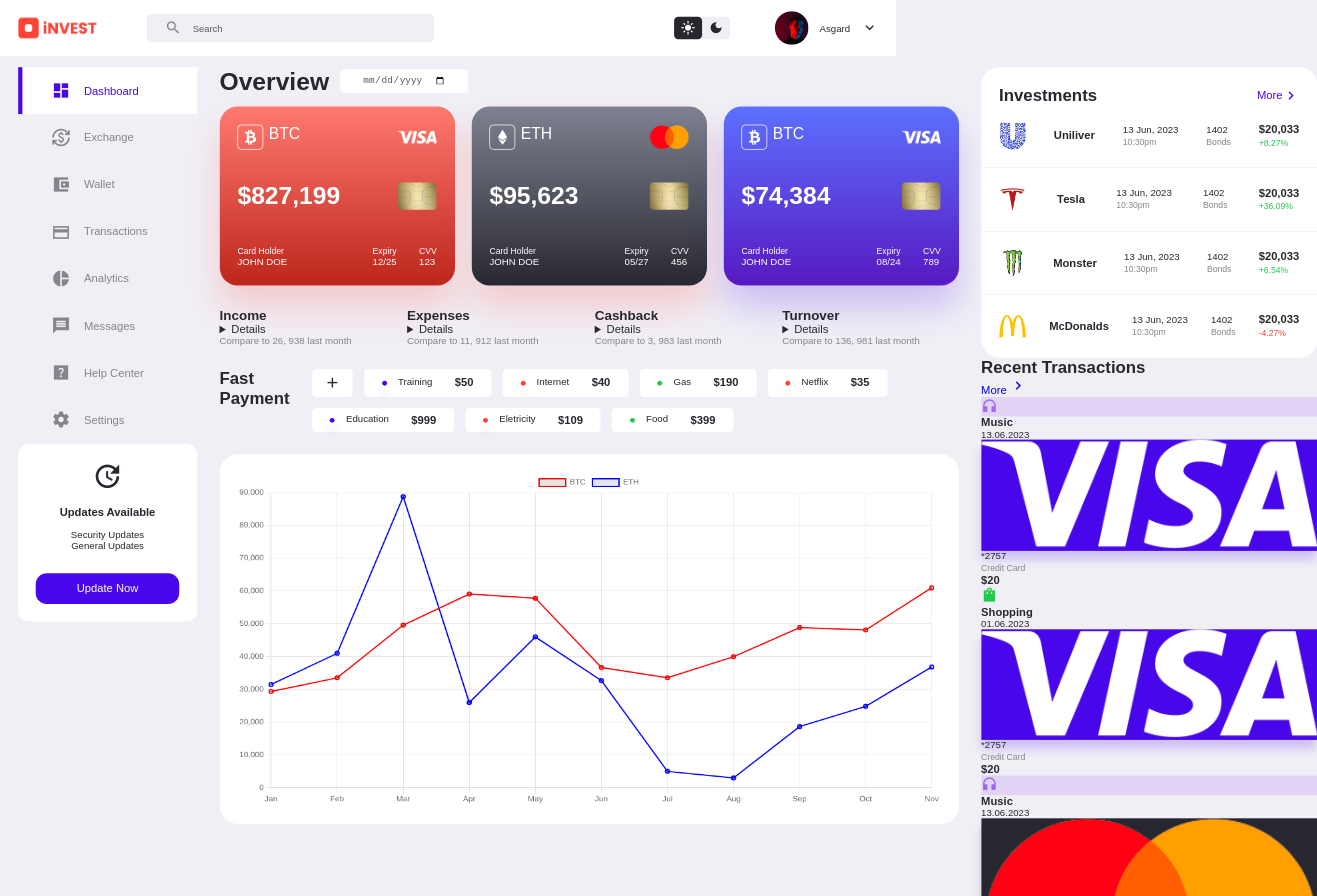
Repository: eziocdl/Admin_Dash
Page: index.html
These files come from the project's save history. The page is drawn as it stood at one moment and after the next save; the edit follows.
The browser window is 1280 px wide. The page is 1882 px wide, so the pictures cover 1882 px, including what lies to the right of the window. The pictures show the part of the page from y = 0 to 1280 px (the page is 2393 px tall), at 70% of full size.
Some web libraries are served in a nearby version.

Above is the page before, as saved 2023-06-15 13:34:38.

### index.html
<!DOCTYPE html>
<html lang="pt-BR">
<head>
    <meta charset="UTF-8">
    <meta http-equiv="X-UA-Compatible" content="IE=edge">
    <meta name="viewport" content="width=device-width, initial-scale=1.0">
    <title>DashBoard Responsiva</title>
    <!--MATERIAL ICONS CDN-->
    <link href="https://fonts.googleapis.com/icon?family=Material+Icons+Sharp" rel="stylesheet">
    <!--GOOGLE FONTES (POPPINS)-->
    <link rel="preconnect" href="https://fonts.googleapis.com">
<link rel="preconnect" href="https://fonts.gstatic.com" crossorigin>
<link href="https://fonts.googleapis.com/css2?family=Poppins:wght@300;400;500;600;700&display=swap"
   rel="stylesheet">
    <!--STYLESHEET-->
<link rel="stylesheet" href="style.css">
</head>
<body>
    <!--NAVEGACAO-->
    <nav>
        <div class="container">
            <img src="./images/logo.png" class="logo">
            <div class="search-bar">
                <span class="material-icons-sharp">search</span>
                <input type="search" placeholder="Search">
            </div>
            <div class="profile-area">
                <div class="theme-btn">
                    <span class="material-icons-sharp active">light_mode</span>
                    <span class="material-icons-sharp">dark_mode</span>
            </div>
            <div class="profile">
                    <div class="profile-photo">
                        <img src="./images/profile-1.jpg">
                    </div>
                    <h5>Asgard</h5>
                    <span class="material-icons-sharp">expand_more</span>
            </div>
            <button id="menu-btn">
                    <span class="material-icons-sharp">menu</span>
                </button>

            </div>

        </div>
    </nav>
    <!--FINAL DA NAVEGACAO-->

    <main>
        <aside>
            <button id="close-btn">
                <span class="material-icons-sharp">close</span>

            </button>

            <div class="sidebar">
                <a href="#" class="active">
                    <span class="material-icons-sharp">dashboard</span>
                    <h4>Dashboard</h4>
                </a>

                <a href="#">
                    <span class="material-icons-sharp">currency_exchange</span>
                    <h4>Exchange</h4>
                </a>

                <a href="#">
                    <span class="material-icons-sharp">account_balance_wallet</span>
                    <h4>Wallet</h4>
                </a>

                <a href="#">
                    <span class="material-icons-sharp">payment</span>
                    <h4>Transactions</h4>
                </a>

                <a href="#">
                    <span class="material-icons-sharp">pie_chart</span>
                    <h4>Analytics</h4>
                </a>

                <a href="#">
                    <span class="material-icons-sharp">message</span>
                    <h4>Messages</h4>
                </a>

                <a href="#">
                    <span class="material-icons-sharp">help_center</span>
                    <h4>Help Center</h4>
                </a>

                <a href="#">
                    <span class="material-icons-sharp">settings</span>
                    <h4>Settings</h4>
                </a>
            </div>
            <!------------------FINAL DO SIDEBAR------------------------------------------------>
            <div class="updates">
                <span class="material-icons-sharp">update</span>
                    <h4>Updates Available</h4>
                    <p>Security Updates</p>
                    <p>General Updates</p>
                    <a href="#">Update Now</a>
            </div>
        </aside>
        <!--FINAL DO ASIDE-->

        <section class="middle">
            <div class="header">
                <h1>Overview</h1>
                <input type="date">
            </div>

            <div class="cards">
                <div class="card">
                    <div class="top">
                        <div class="left">
                            <img src="./images/BTC.png">
                            <h2>BTC</h2>
                        </div>
                        <img src="./images/visa.png" class="right">
                    </div>

                    <div class="middle">
                             <h1>$827,199</h1>
                             <div class="chip">
                               <img src="./images/card chip.png">
                            </div>
                    </div>

                    <div class="bottom">
                        <div class="left">
                           <small>Card Holder</small>
                           <h5>JOHN DOE</h5>
                        </div>

                        <div class="right">
                            <div class="expiry">
                                <small>Expiry</small>
                                <h5>12/25</h5>
                            </div>
                            <div class="cvv">
                                <small>CVV</small>
                                <h5>123</h5>
                            </div>
                        </div>
                    </div>
                </div>
                <!-------------------FINAL DO CARTAO------------------------------------------------->
                <div class="card">
                    <div class="top">
                        <div class="left">
                            <img src="./images/ETH.png">
                            <h2>ETH</h2>
                        </div>
                        <img src="./images/master card.png" class="right">
                    </div>

                    <div class="middle">
                        <h1>$95,623</h1>
                        <div class="chip">
                            <img src="./images/card chip.png">
                        </div>
                    </div>

                    <div class="bottom">
                        <div class="left">
                           <small>Card Holder</small>
                           <h5>JOHN DOE</h5>
                        </div>

                        <div class="right">
                            <div class="expiry">
                                <small>Expiry</small>
                                <h5>05/27</h5>
                            </div>
                            <div class="cvv">
                                <small>CVV</small>
                                <h5>456</h5>
                            </div>
                        </div>
                    </div>
                </div>
                <!-------------------FINAL DO CARTAO 1------------------------------------------------->

                <div class="card">
                    <div class="top">
                        <div class="left">
                            <img src="./images/BTC.png">
                            <h2>BTC</h2>
                        </div>
                     <img src="./images/visa.png" class="right">
                    </div>

                    <div class="middle">
                        <h1>$74,384</h1>
                        <div class="chip">
                            <img src="./images/card chip.png">
                        </div>

                    </div>

                    <div class="bottom">
                        <div class="left">
                           <small>Card Holder</small>
                           <h5>JOHN DOE</h5>
                        </div>

                        <div class="right">
                            <div class="expiry">
                                <small>Expiry</small>
                                <h5>08/24</h5>
                            </div>
                            <div class="cvv">
                                <small>CVV</small>
                                <h5>789</h5>
                            </div>
                        </div>
                    </div>
                </div>
                <!-------------------FINAL DO CARTAO 2------------------------------------------------->
            </div>

            <!-------------------FINAL DOS CARDS-------------------------------------------------->
            <div class="monthly-report">
                <div class="report">
                     <h3>Income</h3>
                     <div>
                        <details>
                            <h1>29,023</h1>
                            <h6 class="success">+3.5%</h6>
                        </details>
                        <p class="text-muted">Compare to 26,
                        938 last month</p>
                     </div>
                </div>
               <!-- END OF INCOME REPORT--->
                <div class="report">
                    <h3>Expenses</h3>
                    <div>
                       <details>
                           <h1>9,005</h1>
                           <h6 class="danger">-6.5%</h6>
                       </details>
                       <p class="text-muted">Compare to 11,
                       912 last month</p>
                    </div>
               </div>
               <!-- END OF EXPENSES REPORT --->
               <div class="report">
                     <h3>Cashback</h3>
                     <div>
                        <details>
                            <h1>4,7004</h1>
                            <h6 class="success">+7.5%</h6>
                        </details>
                        <p class="text-muted">Compare to 3,
                        983 last month</p>
                     </div>
                </div>
                <!-- END OF CASHBACK REPORT --->
                <div class="report">
                     <h3>Turnover</h3>
                     <div>
                        <details>
                            <h1>118,900</h1>
                            <h6 class="danger">+17.8%</h6>
                        </details>
                        <p class="text-muted">Compare to 136,
                        981 last month</p>
                     </div>
                </div>
                <!-- END OF TURNOVER REPORT --->
            </div>

            <!--END OF MONTLY REPORT-->
            <div class="fast-payment">
                 <h2>Fast Payment</h2>
                 <div class="badges">
                      <div class="badge">
                        <span class="material-icons-sharp">
                        add</span>
                      </div>
                      <div class="badge">
                           <span class="bg-primary"></span>
                           <div>
                              <h5>Training</h5>
                              <h4>$50</h4>
                           </div>
                      </div>
                       <div class="badge">
                           <span class="bg-danger"></span>
                           <div>
                              <h5>Internet</h5>
                              <h4>$40</h4>
                           </div>
                      </div>
                      <div class="badge">
                           <span class="bg-success"></span>
                           <div>
                              <h5>Gas</h5>
                              <h4>$190</h4>
                           </div>
                      </div>
                      <div class="badge">
                           <span class="bg-danger"></span>
                           <div>
                              <h5>Netflix</h5>
                              <h4>$35</h4>
                           </div>
                      </div>
                      <div class="badge">
                           <span class="bg-primary"></span>
                           <div>
                              <h5>Education</h5>
                              <h4>$999</h4>
                           </div>
                      </div>
                      <div class="badge">
                           <span class="bg-danger"></span>
                           <div>
                              <h5>Eletricity</h5>
                              <h4>$109</h4>
                           </div>
                      </div>
                      <div class="badge">
                           <span class="bg-success"></span>
                           <div>
                              <h5>Food</h5>
                              <h4>$399</h4>
                           </div>
                      </div>
                </div>
            </div>

            <!--END OF PAYMENT---------------->

            <canvas id="chart"></canvas>

        </section>
        <!--FINAL DO MIDDLE-->
        <section class="right">
            <div class="investments">
                <div class="header">
                    <h2>Investments</h2>
                    <a href="#">More <span class="material-icons-sharp">
                        chevron_right</span></a>
                </div>

                <div class="investment">
                        <img src="./images/uniliver.png">
                        <h4>Uniliver</h4>
                        <div class="date-time">
                          <p>13 Jun, 2023</p>
                          <small class="text-muted">10:30pm</small>
                        </div>
                        <div class="bonds">
                              <p>1402</p>
                              <small class="text-muted">Bonds</small>
                        </div>
                        <div class="amount">
                              <h4>$20,033</h4>
                              <small class="success">+8.27%</small>
                        </div>
                    </div>
                    <!--END OF INVESTIMENT-->
                    <div class="investment">
                        <img src="./images/tesla.png">
                        <h4>Tesla</h4>
                        <div class="date-time">
                            <p>13 Jun, 2023</p>
                            <small class="text-muted">10:30pm</small>
                        </div>
                        <div class="bonds">
                              <p>1402</p>
                              <small class="text-muted">Bonds</small>
                        </div>
                        <div class="amount">
                              <h4>$20,033</h4>
                              <small class="success">+36.09%</small>
                        </div>
                    </div>
                    <!--END OF INVESTIMENT-->
                    <div class="investment">
                            <img src="./images/monster.png">
                            <h4>Monster</h4>
                            <div class="date-time">
                              <p>13 Jun, 2023</p>
                              <small class="text-muted">10:30pm</small>
                            </div>
                            <div class="bonds">
                              <p>1402</p>
                              <small class="text-muted">Bonds</small>
                            </div>
                            <div class="amount">
                              <h4>$20,033</h4>
                              <small class="success">+6.54%</small>
                            </div>
                    </div>
                    <!--END OF INVESTIMENT-->
                    <div class="investment">
                        <img src="./images/mcdonalds.png">
                        <h4>McDonalds</h4>
                        <div class="date-time">
                          <p>13 Jun, 2023</p>
                          <small class="text-muted">10:30pm</small>
                        </div>
                        <div class="bonds">
                              <p>1402</p>
                              <small class="text-muted">Bonds</small>
                        </div>
                        <div class="amount">
                              <h4>$20,033</h4>
                              <small class="danger">-4.27%</small>
                        </div>
                    </div>
                    <!--END OF INVESTIMENTS-->
                 </div>
            </div>
            <!--END OF INVESTIMENTS-->

            <div class="recent-transations">
                <div class="header">
                    <h2>Recent Transactions</h2>
                    <a href="#">More <span class="material-icons-sharp">chevron_right</span></a>
                </div>

                <div class="transation">
                    <div class="service">
                        <div class="icon bg-purple-light">
                            <span class="material-icons-sharp purple">headphones</span>
                        </div>
                        <div class="details">
                            <h4>Music</h4>
                            <p>13.06.2023</p>
                        </div>
                    </div>
                    <div class="card-details">
                        <div class="card bg-primary">
                            <img src="./images/visa.png">
                        </div>
                        <div class="details">
                            <P>*2757</P>
                             <small class="text-muted">Credit Card</small>
                        </div>
                    </div>
                    <h4>$20</h4>
                </div>
                <!--END OF RECENT TRANSATION-->
                <div class="transation">
                    <div class="service">
                        <div class="icon bg-success-light">
                            <span class="material-icons-sharp success">shopping_bag</span>
                        </div>
                        <div class="details">
                            <h4>Shopping</h4>
                            <p>01.06.2023</p>
                        </div>
                    </div>
                    <div class="card-details">
                        <div class="card bg-primary">
                            <img src="./images/visa.png">
                        </div>
                        <div class="details">
                            <P>*2757</P>
                             <small class="text-muted">Credit Card</small>
                        </div>
                    </div>
                    <h4>$20</h4>
                </div>
                <!--END OF RECENT TRANSATION-->
                <div class="transation">
                    <div class="service">
                        <div class="icon bg-purple-light">
                            <span class="material-icons-sharp purple">headphones</span>
                        </div>
                        <div class="details">
                            <h4>Music</h4>
                            <p>13.06.2023</p>
                        </div>
                    </div>
                    <div class="card-details">
                        <div class="card bg-dark">
                            <img src="./images/master card.png">
                        </div>
                        <div class="details">
                            <P>*2757</P>
                             <small class="text-muted">Credit Card</small>
                        </div>
                    </div>
                    <h4>$20</h4>
                </div>
                <!--END OF RECENT TRANSATION-->
                <div class="transation">
                    <div class="service">
                        <div class="icon bg-purple-light">
                            <span class="material-icons-sharp purple">headphones</span>
                        </div>
                        <div class="details">
                            <h4>Music</h4>
                            <p>13.06.2023</p>
                        </div>
                    </div>
                    <div class="card-details">
                        <div class="card bg-danger">
                            <img src="./images/visa.png">
                        </div>
                        <div class="details">
                            <P>*2757</P>
                             <small class="text-muted">Credit Card</small>
                        </div>
                    </div>
                    <h4>$20</h4>
                </div>
                <!--END OF RECENT TRANSATION-->
                <div class="transation">
                    <div class="service">
                        <div class="icon bg-purple-light">
                            <span class="material-icons-sharp purple">headphones</span>
                        </div>
                        <div class="details">
                            <h4>Music</h4>
                            <p>13.06.2023</p>
                        </div>
                    </div>
                    <div class="card-details">
                        <div class="card bg-danger">
                            <img src="./images/visa.png">
                        </div>
                        <div class="details">
                            <P>*2757</P>
                             <small class="text-muted">Credit Card</small>
                        </div>
                    </div>
                    <h4>$20</h4>
                </div>
                <!--END OF RECENT TRANSATION-->
                <div class="transation">
                    <div class="service">
                        <div class="icon bg-purple-light">
                            <span class="material-icons-sharp purple">headphones</span>
                        </div>
                        <div class="details">
                            <h4>Music</h4>
                            <p>13.06.2023</p>
                        </div>
                    </div>
                    <div class="card-details">
                        <div class="card bg-danger">
                            <img src="./images/visa.png">
                        </div>
                        <div class="details">
                            <P>*2757</P>
                             <small class="text-muted">Credit Card</small>
                        </div>
                    </div>
                    <h4>$20</h4>
                </div>
                <!--END OF RECENT TRANSATION-->
            </div>
            <!-------------------------------END OF RECENT OF TRANSATION------------------------------------------------------------------>
        </section>
         <!--FINAL DO MIDDLE-->
    </main>
    <!--===========================FINAL DO ASIDE======================================================-->

    <script src="https://cdnjs.cloudflare.com/ajax/libs/Chart.js/3.6.0/chart.min.js"
     integrity="sha512-GMGzUEevhWh8Tc/njS0bDpwgxdCJLQBWG3Z2Ct+JGOpVnEmjvNx6ts4v6A2XJf1HOrtOsfhv3hBKpK9kE5z8AQ=="
     crossorigin="anonymous" referrerpolicy="no-referrer">
    </script>

    <script src="./main.js"></script>
</body>
</html>

Loaded but not shown: main.js (30 lines, source omitted); style.css (565 lines, source omitted)

After the next save:
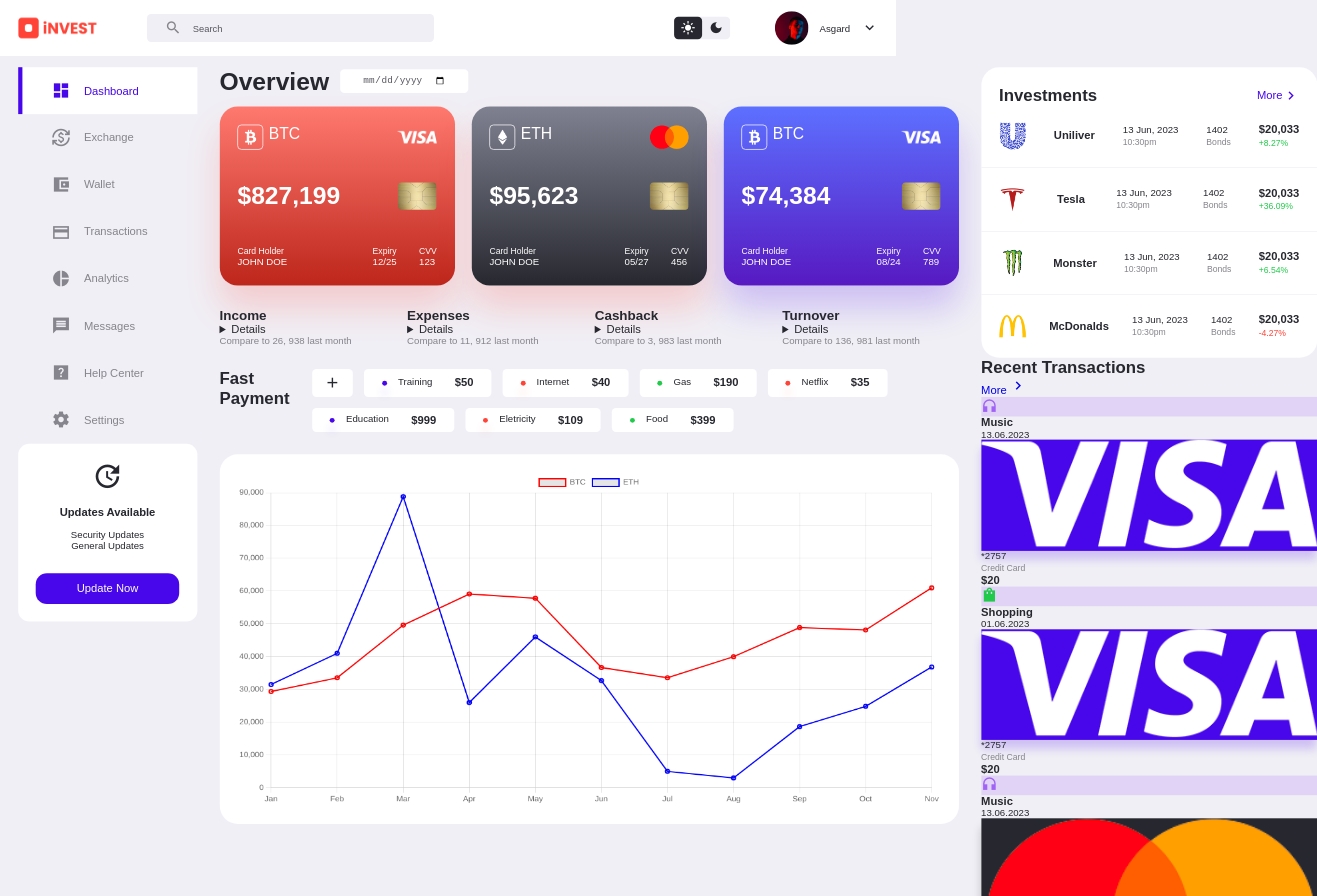
Saved 9 s later.
--- a/index.html
+++ b/index.html
@@ -449,7 +449,7 @@
                 <!--END OF RECENT TRANSATION-->
                 <div class="transation">
                     <div class="service">
-                        <div class="icon bg-success-light">
+                        <div class="icon bg-purple-light">
                             <span class="material-icons-sharp success">shopping_bag</span>
                         </div>
                         <div class="details">
